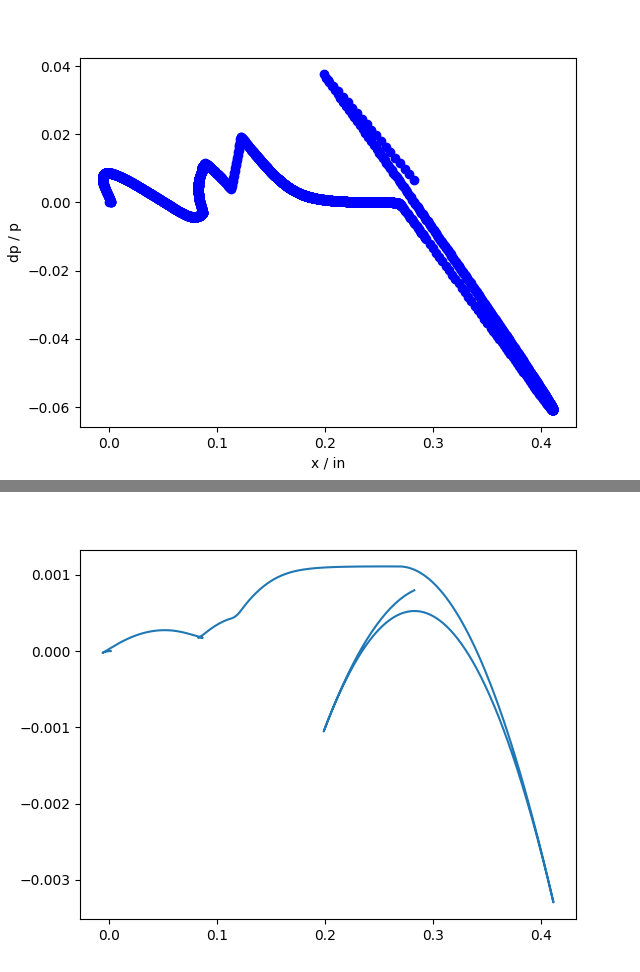
Repository: leiradom/Modified-linear-theory
Script's output: python 3_Shock_correction.py
An editor plug-in stored every save of this project. The script's output is shown before and after the next save, followed by the edit.
Each picture stacks the figures in order, with grey between them; figures that are only written to a file come last. Random numbers start from a fixed seed.

Above is the script's output before, as saved 2021-04-15 10:31:03.

### 3_Shock_correction.py
'''
激波修正
本程序用于修正激波的非线性扭曲效应，修正方法为HB方法
'''

import math
import numpy as np
import matplotlib.pyplot as plt

pressure = np.loadtxt("pressureDWB2.txt",dtype=np.float64)   #存放未修正的压力信号
a = len(pressure)                                              #未加点时的点数

X = np.ones(a,dtype=np.float64)     #存放x的数组 用于加点用的横坐标数组
Y = np.ones(a,dtype=np.float64)     #存放y的数组 用于加点用的纵坐标数组
X1 = np.zeros(1,dtype=np.float64)
Y1 = np.zeros(1,dtype=np.float64)
b0 = 20                             #每一个 较大的距离之间增加的点数
x0 = np.zeros(b0+1,dtype=np.float64)
y0 = np.zeros(b0+1,dtype=np.float64)

#先将未修正压力信号存入X,Y中
for i in range(0,a):
    c = pressure[i][0]
    d = pressure[i][1]
    #ca = cau[i][1]
    X[i] = c
    Y[i] = d
'''
#没问题
X0 = X
Y0 = Y
'''

#------------1先找出第一个强间断的地方,已经核实，l0没有问题
for i0 in range(0,a-1):
    if(math.sqrt((X[i0+1] - X[i0])**2 + (Y[i0+1] - Y[i0])**2) >0.3):   #1.3
    #if((X[i+1] - X[i]) * (Y[i+1] - Y[i])):
        #px = i0                            #记录此时的i
        #print(px,X[i0])
        l00 = math.sqrt((X[i0+1] - X[i0])**2 + (Y[i0+1] - Y[i0])**2)
        l0 = l00 / 20                     #判断是否要插值的距离 只要大于20倍的最大距离，就要增加点数
        #h0 = ((X[i0+1] - X[i0])/(b0))
        #k0 = ((Y[i0+1] - Y[i0])/(X[i0+1] - X[i0]))  #两点间的斜率
        '''
        #x0[0] = X[i0]
        #y0[0] = Y[i0]
        for j in range(1,b0):
            x0[j] = x0[j-1] + h0
            y0[j] = y0[j-1] + k0 * (x0[j] - x0[j-1])
            print(x0[j],y0[j])
        for k in range(1,b0):
            X = np.insert(X,i0+k,x0[k])
            Y = np.insert(Y,i0+k,y0[k])
        #print(Y[i0]+k0*h0)
        '''
        break
#------------print(l00) #检验是不是，验证了，就是

#print(l0)


#2---------------------给距离较大的地方都进行加点
for i in range(0,a-1):
    #li = math.sqrt((X[i+1] - X[i])**2 + (Y[i+1] - Y[i])**2)
    k0 = ((Y[i+1] - Y[i])/(X[i+1] - X[i]))  #两点间的斜率
    h0 = ((X[i+1] - X[i])/(b0))   #每一个都离散成b个点
    x0[0] = X[i]
    X1 = np.append(X1,x0[0])
    y0[0] = Y[i]
    Y1 = np.append(Y1,y0[0])
    for j in range(1,b0):
        x0[j] = x0[j-1] + h0
        X1 = np.append(X1,x0[j])
        y0[j] = y0[j-1] + k0 * (x0[j] - x0[j-1])
        Y1 = np.append(Y1,y0[j])
    #X1 = np.append(X1,x0)
    #Y1 = np.append(Y1,y0)
    #print(a)
    #p0 = i

a0 = (len(X1))

#-------积分部分----------
F = np.ones(a0, dtype=np.float64)
F[0] = 0
F[a-1] = 0
s = 0
for i in range(0,a0-1):
    #if(X[i+1]>X[i]):
    s0 = 0.5 * (X1[i+1] - X1[i]) * (Y1[i+1] + Y1[i])
    #s0 = (((Y0[j+1] + Y0[j]) * (X[j + 1] - X[j])) / (2))    #第(j+1)个梯形的面积
    s = s0 + s    #S为最后的积分
    F[i+1] = s    #是i+1不是i
    #print(X[i],Y[i])
    #if(X[i+1]<X[i])
#------积分部分-----------

#-------输出加点效果----------
print("加点前点数：",len(pressure),"加点后点数：",len(X))
#plt.scatter(X0,Y0,c='r')
plt.xlabel("x / in")
plt.ylabel("dp / p")
plt.plot(X1,Y1,'-o',c='b')
plt.show()

#--------积分图像作图---------
plt.plot(X1,F)
plt.show()

### pressureDWB2.txt
0.001769696999999959 0.0
-0.0001843226219239158 0.0016382865812186744
-0.003468517027364948 0.003861796937437053
-0.005255003648703793 0.00542637568998964
-0.00598052206826194 0.0065241708108761415
-0.006061681724384815 0.007338473812783611
-0.005649592795978542 0.007935767138798603
-0.004776115960934746 0.008330068214616407
-0.003525282043679856 0.008558347246631421
-0.00197020236310097 0.008652770294946831
-0.00016885238034647365 0.008638843806856004
0.0018316304870639177 0.008537307243228353
0.004040604606226794 0.008344042856372535
0.006402838049379911 0.008083350488434149
0.008911017138030664 0.007758447865827533
0.011537929599694352 0.007381307301535353
0.014285224278429154 0.006951203370029828
0.017112751049481068 0.006485800522529454
0.020008483686632772 0.005990389818219044
0.022982356329425357 0.005460600632489305
0.026004953527821617 0.004909374588446727
0.02909370779033582 0.004329042078632999
0.032200940444057746 0.003740579814750484
0.03534364175896609 0.0031365127566327956
0.03850437172210852 0.0025245138133910597
0.04167179853037006 0.0019095685257818499
0.04487752755672403 0.0012777717920764932
0.04806546572170323 0.0006538023267746468
0.05124275600957828 3.451750210186882e-05
0.05442566273327576 -0.0005872383300014464
0.05767610930456357 -0.001238708997372691
0.06099398806715561 -0.001919847575505987
0.06408995805097928 -0.0025033547144859814
0.06686670740671963 -0.002946417527397245
0.06972200121236782 -0.0034240367610510964
0.0724228032171993 -0.0038336857730461964
0.07472914312697543 -0.00406978721879426
0.07681496752252326 -0.004208870646097053
0.07878320725394838 -0.004296221517744296
0.08043484959725167 -0.0042442821841285885
0.08181554204031194 -0.004073135716667764
0.08321987466543079 -0.003912389985078292
0.08461427730992743 -0.003747275458637635
0.08572602348071579 -0.00345780337361026
0.0866041817347536 -0.0030655619351649325
0.0859708316991793 -0.002008317221848182
0.08472293291695032 -0.0006806956062663169
0.08353854210063005 0.000618985040946469
0.08289575783701653 0.0016803804377791887
0.08270293594170741 0.0025438108048833215
0.08236995457279717 0.0034689053021721137
0.08247840493802772 0.004199787468074211
0.08272906497463017 0.004868103058701355
0.08266127120067968 0.005676525606312136
0.08304418289051563 0.0062866557519028286
0.08327730475658501 0.006962687437056157
0.08383935790026209 0.0074940024982121725
0.08441013693382471 0.008021478516347333
0.08486834055762682 0.008598483218298092
0.08571226438001289 0.009005786439280966
0.08556016445028114 0.009851300328084888
0.08628837418948887 0.010309513123822474
0.0873432580719018 0.010624002344545413
0.0880199489941802 0.011104881361970886
0.08903699547388888 0.011436017528584853
0.09285071082236551 0.010536731097292465
0.09841971874937816 0.0088651860412172
0.10444203249505457 0.006994204530839065
0.11304414255752382 0.003988215243155312
0.12197850436780044 0.019271040549922177
0.12970163535561008 0.016186202973358505
0.13538224031133328 0.013999995268481598
0.1394162539961713 0.012538221954761172
0.14318166866473925 0.011194621479836556
0.146935414701714 0.009856154736745261
0.15001757624069667 0.008813158348389605
0.15246133040549392 0.008051035705453062
0.1546417348034258 0.007404776441239296
0.1567288205621845 0.006799573650935262
0.15867094528003067 0.006258147928609027
0.16045983072910264 0.005784141363871343
0.1621293005540091 0.005362672904075996
0.16369757903477689 0.004985724593924062
0.16517929121328867 0.00464686199913968
0.16658634450801146 0.004340846331202516
0.16792855265994977 0.004063359936050353
0.16921408664308013 0.0038108079114980444
0.17044980957909173 0.003580170758128618
0.17164153082536393 0.003368892590732197
0.17279420195442585 0.0031747949151711484
0.17391206997023756 0.0029960092193367653
0.17499879847801136 0.002830923663266978
0.17605756448059606 0.0026781404926039874
0.17709113640294383 0.00253644171094517
0.1781019374992957 0.0024047611832136587
0.1790922355714909 0.0022821451631866575
0.18006363202747588 0.002167801103319196
0.18101793198025684 0.002060978821994243
0.18195661464234647 0.0019610275247887543
0.1828809987521115 0.001867367019494381
0.18379226353865075 0.0017794784924081495
0.18469146648892487 0.0016968966915055454
0.18557955847325325 0.0016192032718257028
0.18645739667703587 0.0015460211060302224
0.18732575570154697 0.001477009400497492
0.18818533712944452 0.0014118594868806152
0.1890367777971752 0.0013502911825793375
0.18988065697366763 0.0012920496324024425
0.19071750261025444 0.0012369025588508443
0.19154779679890444 0.0011846378607140446
0.19237198055316374 0.0011350615096466046
0.19319045800768586 0.001087995702542829
0.19400360011701323 0.001043277234220747
0.19481174792172895 0.0010007560604457283
0.19561521543970872 0.0009602940258947005
0.19641429223157003 0.0009217637354618047
0.1972092456821969 0.0008850475504778489
0.19800032303419346 0.0008500366940723064
0.1987877532040344 0.000816630452139859
0.1995717484074021 0.0007847354582563831
0.20035250561658347 0.0007542650524832206
0.2011302078697158 0.0007251387053507155
0.20190502544906452 0.0006972814994635385
0.20267711694327273 0.0006706236621532
0.20344663020661458 0.0006451001434444643
0.20421370322664434 0.0006206502343250392
0.20497846491021365 0.0005972172209289094
0.20574103579661862 0.000574748070780561
0.20650152870557614 0.0005531931477105553
0.20726015580158375 0.0005325031038202334
0.2080168029755044 0.0005126401505603095
0.20877166996572083 0.0004935604070263933
0.20952484411098038 0.0004752254476579785
0.21027640750480836 0.00045759915458284516
0.21102643737059157 0.0004406475525954476
0.2117750064054863 0.0004243386578505802
0.21252218309610715 0.0004086423389733418
0.2132680320086321 0.0003935301894241851
0.21401261405568917 0.00037897541007991456
0.21475598674213836 0.00036495270109886645
0.21549820439165435 0.00035143816223396344
0.2162393183558159 0.0003384092008418063
0.2169793772072396 0.00032584444691100434
0.21771842691814836 0.00031372367449969407
0.21845651102562258 0.00030202772903163916
0.21919367078466478 0.0002907384599534186
0.2199299453101039 0.0002798386583025004
0.22066537170826417 0.00026931199877846667
0.22139998519923754 0.0002591429859475956
0.2221338192305261 0.0002493169042449862
0.22286690558274536 0.0002398197714691499
0.22359927446802097 0.0002306382954913446
0.2243309546216551 0.0002217598339267167
0.22506197338758038 0.00021317235653669624
0.2257923567980905 0.00020486441015207219
0.22652212964827323 0.0001968250859245979
0.22725131556555322 0.0001890439887310937
0.22797993707470765 0.00018151120856924863
0.22870811795159207 0.00017421628501227343
0.22943567403644305 0.00016715224898890136
0.23016272726340203 0.0001603094503528582
0.2308892963173198 0.0001536796685161428
0.23161539904839124 0.00014725505010598175
0.232341052516159 0.00014102808960489576
0.23306627303083471 0.0001349916111714413
0.23379107619212036 0.0001291387515597627
0.2345154769257055 0.00012346294406247426
0.2352394895175972 0.00011795790340720353
0.2359631276464268 0.00011261761154239158
0.23668640441387312 0.0001074363042528682
0.23740933237332207 0.00010240845855014131
0.23813192355688317 9.752878078652261e-05
0.2388541895008679 9.279219544578307e-05
0.23957614126982907 8.819383456664142e-05
0.2402977894792545 8.3729027758561e-05
0.24101914431699945 7.93932927720591e-05
0.24174021556353897 7.518232658866835e-05
0.2424610126111134 7.109199699798542e-05
0.24318154448183338 6.711833463150563e-05
0.2439018198448134 6.325752542528379e-05
0.24462184703238743 5.950590348504422e-05
0.2453416340554676 5.585994432943445e-05
0.24606118861809378 5.2316258488674115e-05
0.2467805181312238 4.887158543736704e-05
0.24749962972580886 4.5522787841644335e-05
0.2482185302651979 4.226684610226889e-05
0.24893722635690663 3.9100853176285915e-05
0.24965582533371522 3.6021582933149084e-05
0.25037413135802333 3.30272040833169e-05
0.2510922513319688 3.0114679961803785e-05
0.25181019094597523 2.7281507009574226e-05
0.25252795568518926 2.4525271981271225e-05
0.25324555083814293 2.1843648133788054e-05
0.2539629815049972 1.9234391600128578e-05
0.25468025260538585 1.669533793812737e-05
0.25539736888588227 1.4224398844717313e-05
0.2561143349271152 1.1819559026500197e-05
0.25683115515054256 9.47887321839108e-06
0.25754783382491164 7.2004633422507134e-06
0.2582643750724144 4.982515798194478e-06
0.2589807828745595 2.823278881367939e-06
0.2596970610777737 7.21060317852296e-07
0.2604132133987448 -1.3257750867643538e-06
0.2611292434295248 -3.318807691821516e-06
0.2618451546424002 -5.259565164622591e-06
0.26256095039454397 -7.1495245272227684e-06
0.2632766339324605 -8.990114111890329e-06
0.26399220839623305 -1.0782715429831006e-05
0.26470767682358376 -1.2528664957562833e-05
0.265423042153757 -1.4229255845002775e-05
0.2661383072312312 -1.58857395492062e-05
0.2668534748092727 -1.7499327397385223e-05
0.2675685475533355 -1.907119208265118e-05
0.27064369300501634 -0.0010589807822615988
0.2935806631492296 -0.010837299917547448
0.3530270602593931 -0.03667830866088309
0.3934008760704647 -0.0541281434283213
0.405242892702813 -0.05902512617224081
0.409947725615868 -0.06078198915655633
0.41109800077859393 -0.060975032702629044
0.4102790697623263 -0.060301704183839434
0.408310854284868 -0.059122736406765256
0.4050438396533399 -0.057372348878445
0.4002430152077646 -0.05494714629526778
0.3938646677679082 -0.051827896603919565
0.3868163984672054 -0.04841390805177088
0.3795997928403646 -0.044925858239799214
0.3715619733056724 -0.04107650710924125
0.3619283732587967 -0.036525076291875576
0.35003665115439964 -0.030980161962953227
0.33658016174314664 -0.024746812518840196
0.321926912287838 -0.017986936456248326
0.3046882979908673 -0.010089603127786098
0.2823020367171293 7.248926349965694e-05
0.2500240734878484 0.014586535421559247
0.19852551032444798 0.0375568778427785
0.28671839249773956 0.005000545324715231

After the next save:
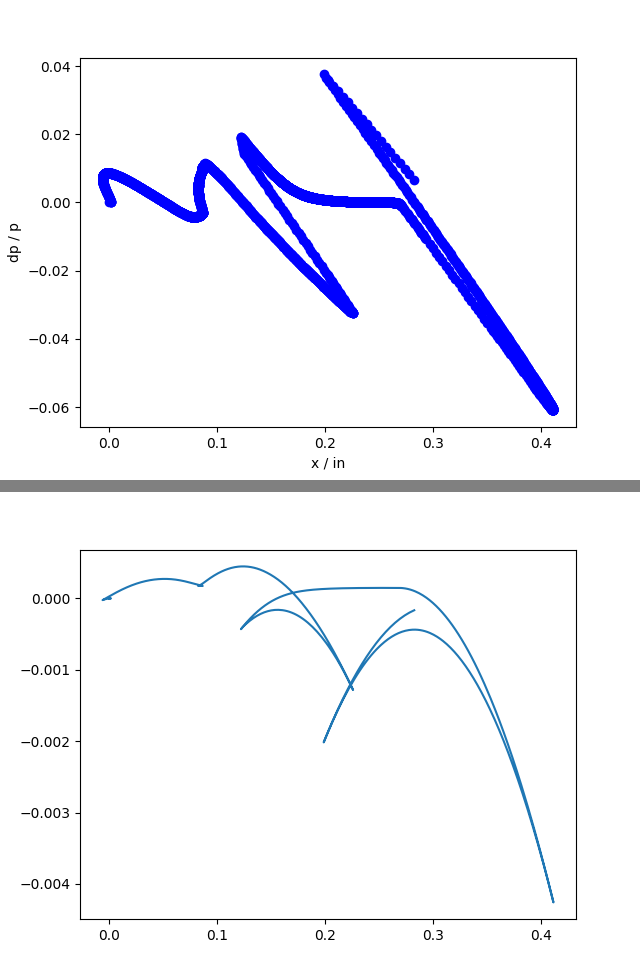
Saved 66 s later.
--- a/pressureDWB2.txt
+++ b/pressureDWB2.txt
@@ -67,6 +67,26 @@
 0.09841971874937816 0.0088651860412172
 0.10444203249505457 0.006994204530839065
 0.11304414255752382 0.003988215243155312
+0.12375360093010157 5.5077310542116187e-05
+0.1335524987383877 -0.0034774503433288558
+0.1429390604177757 -0.006828566569985367
+0.14935280994612865 -0.00887176419004067
+0.15696249737402568 -0.011441126717827698
+0.16487662550192617 -0.014144430993667214
+0.17154569652976182 -0.016299959875461494
+0.17862328317558196 -0.01863521931226682
+0.18388431835195862 -0.020171268659088255
+0.18970953696045167 -0.021955536181465847
+0.1960271308616145 -0.02395642916619883
+0.20171834298056834 -0.025681739185657023
+0.20722337041134586 -0.0273251353788933
+0.21261128674118346 -0.028917007365359446
+0.21789279674043327 -0.03046206481644113
+0.22306742936817836 -0.03196010049294916
+0.22573277930294922 -0.03235415201014168
+0.20089252094823207 -0.020646834507034507
+0.1583856814374499 -0.0011669269326029135
+0.12501332453047753 0.014294173145015307
 0.12197850436780044 0.019271040549922177
 0.12970163535561008 0.016186202973358505
 0.13538224031133328 0.013999995268481598
